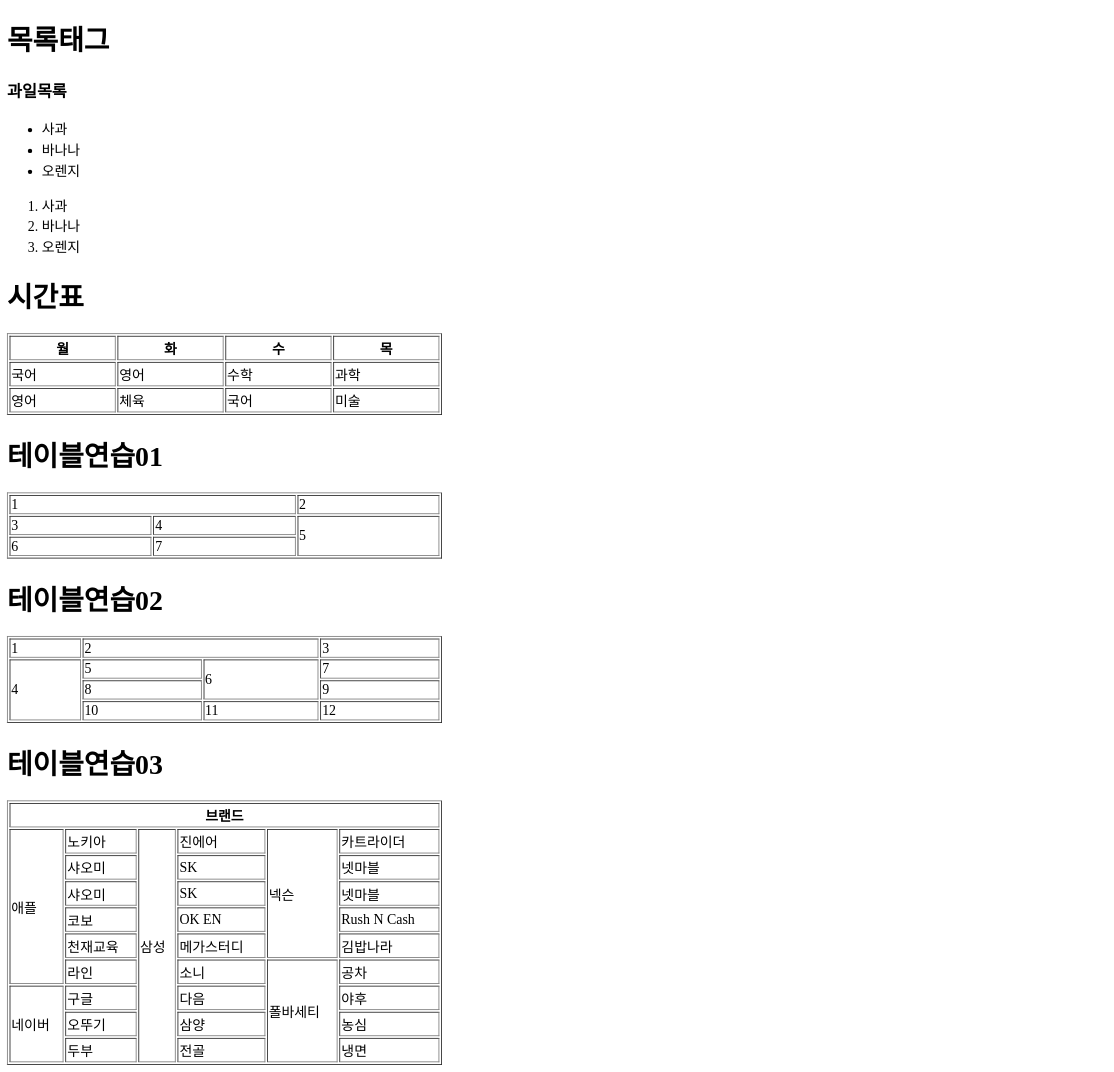
Repository: kmg8138/html
Page: 2020.04.06/ex0406/WebContent/ex04.html
The author's editor kept a copy of each file at every save. The page is drawn from the files as they stood at one save, then again after the next save.
The browser window is 1280 px wide. The pictures show the whole page, at 87% of full size.

Above is the page before, as saved 2020-04-06 05:32:48.

After the next save:
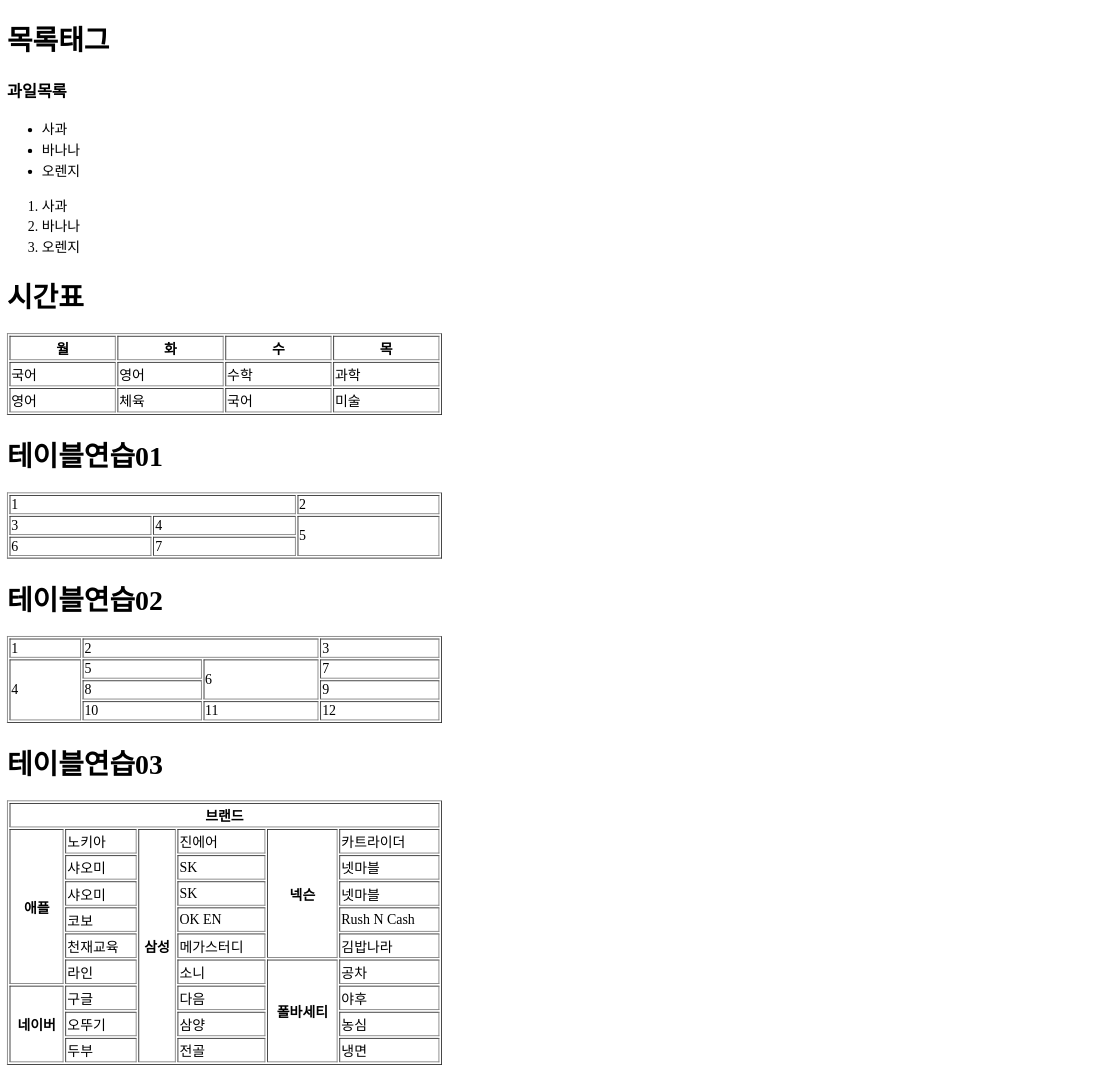
Saved 3 min 58 s later.
--- a/2020.04.06/ex0406/WebContent/ex04.html
+++ b/2020.04.06/ex0406/WebContent/ex04.html
@@ -85,11 +85,11 @@
 			<th colspan=6>브랜드</th>
 		</tr>
 		<tr>
-			<td rowspan=6>애플</td>
+			<th rowspan=6>애플</th>
 			<td>노키아</td>
-			<td rowspan=9>삼성</td>
+			<th rowspan=9>삼성</th>
 			<td>진에어</td>
-			<td rowspan=5>넥슨</td>
+			<th rowspan=5>넥슨</th>
 			<td>카트라이더</td>
 		</tr>
 		<tr>
@@ -115,11 +115,11 @@
 		<tr>
 			<td>라인</td>
 			<td>소니</td>
-			<td rowspan=4>폴바세티</td>
+			<th rowspan=4>폴바세티</th>
 			<td>공차</td>
 		</tr>
 		<tr>
-			<td rowspan=3>네이버</td>
+			<th rowspan=3>네이버</th>
 			<td>구글</td>
 			<td>다음</td>
 			<td>야후</td>
